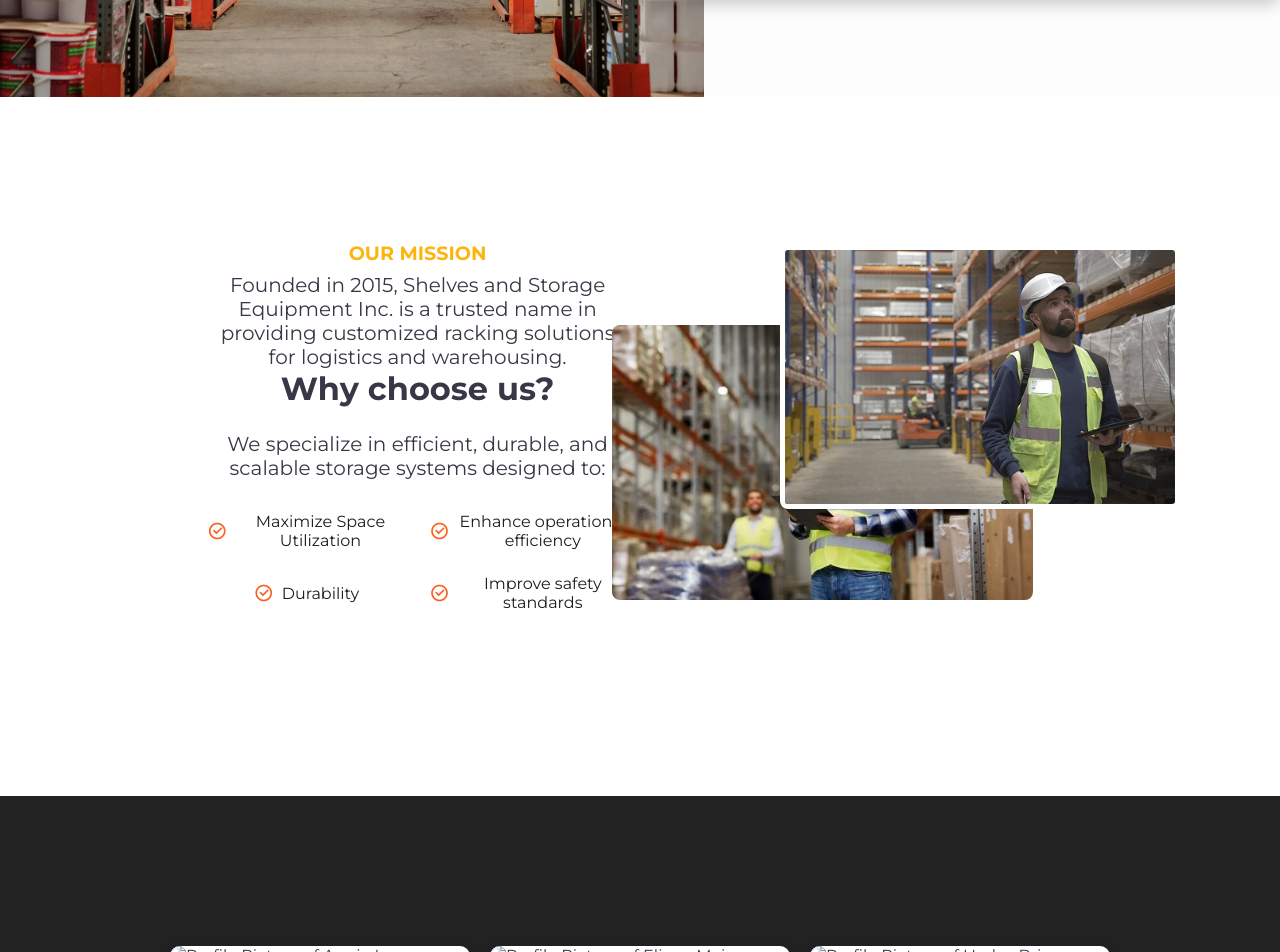
Repository: jahatesu/shelves-and-storage-equipment
Page: index.html
The author's editor kept a copy of each file at every save. The page is drawn from the files as they stood at one save, then again after the next save.
The browser window is 1280 px wide. The pictures show the part of the page from y = 1375 to 2327 px (the page is 7811 px tall before and 7835 px after).
A picture or video elsewhere on the page could not be fetched, so the positions and the page height are approximate. Backgrounds fixed to the window are drawn as part of the page. Some web fonts or font styles are not loaded; a fallback is used. Some web libraries are served in a nearby version.

Above is the page before, as saved 2025-01-25 19:31:02.
Console error: TypeError: Cannot read properties of null (reading 'querySelector')

After the next save:
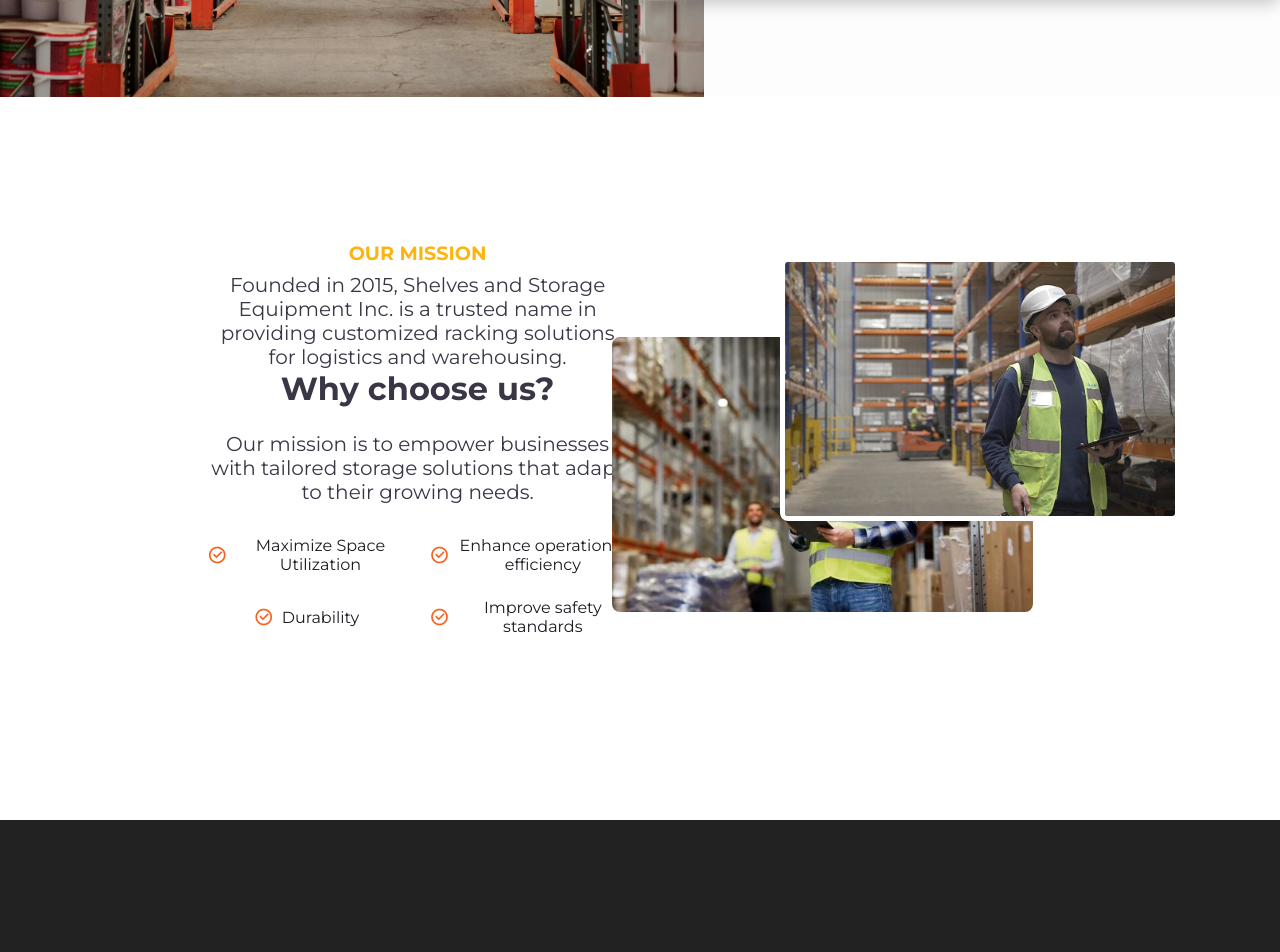
Saved 18 s later.
--- a/index.html
+++ b/index.html
@@ -71,7 +71,7 @@
             </p>
             <h2 class="section_title">Why choose us?</h2>
             <p class="about_description">
-                We specialize in efficient, durable, and scalable storage systems designed to:
+                Our mission is to empower businesses with tailored storage solutions that adapt to their growing needs.
             </p>
             <ul class="about_list grid">
                 <li class="about_list-item">

After the save that followed:
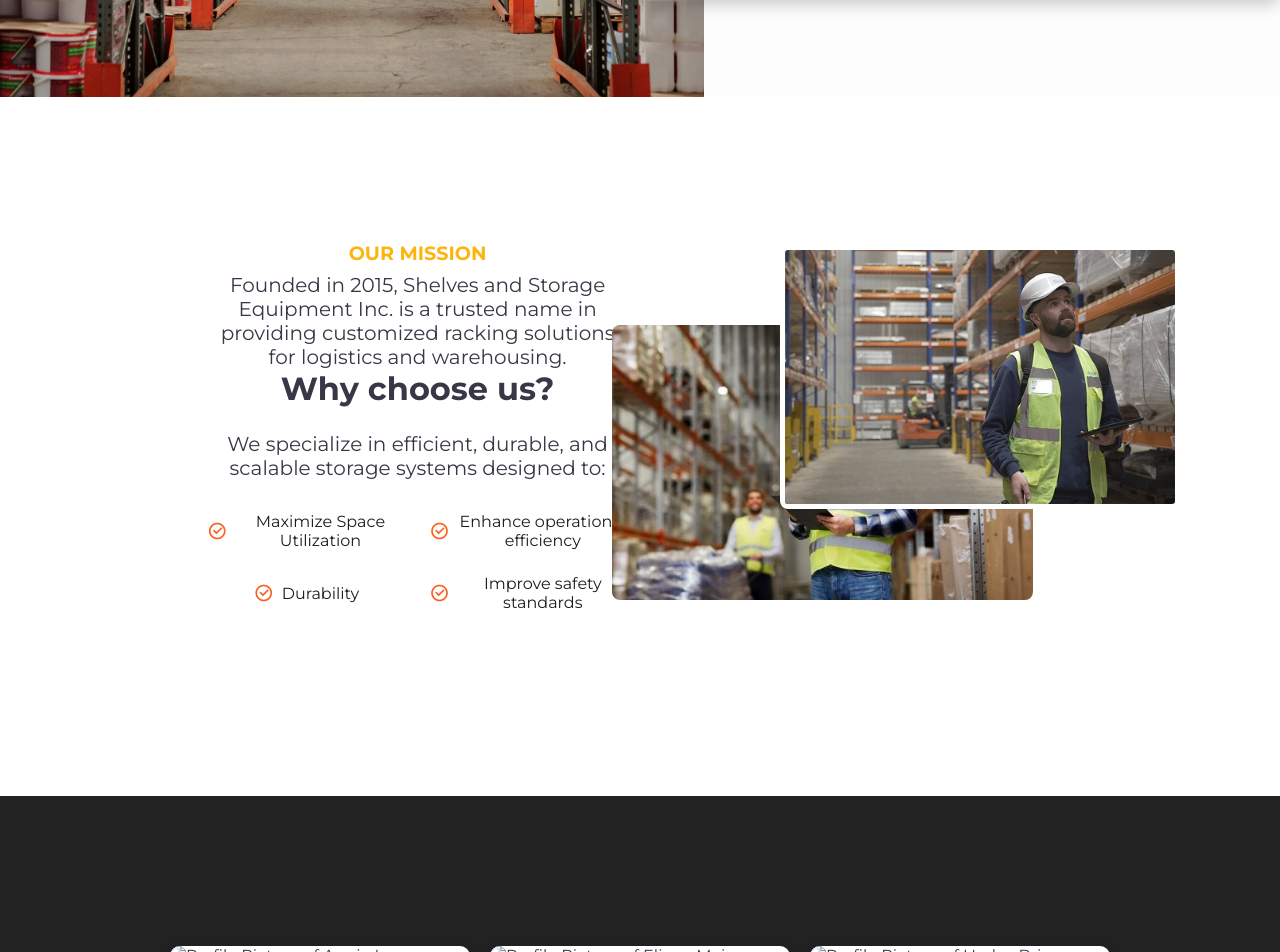
Saved 9 s later.
--- a/index.html
+++ b/index.html
@@ -71,7 +71,7 @@
             </p>
             <h2 class="section_title">Why choose us?</h2>
             <p class="about_description">
-                Our mission is to empower businesses with tailored storage solutions that adapt to their growing needs.
+                We specialize in efficient, durable, and scalable storage systems designed to:
             </p>
             <ul class="about_list grid">
                 <li class="about_list-item">
